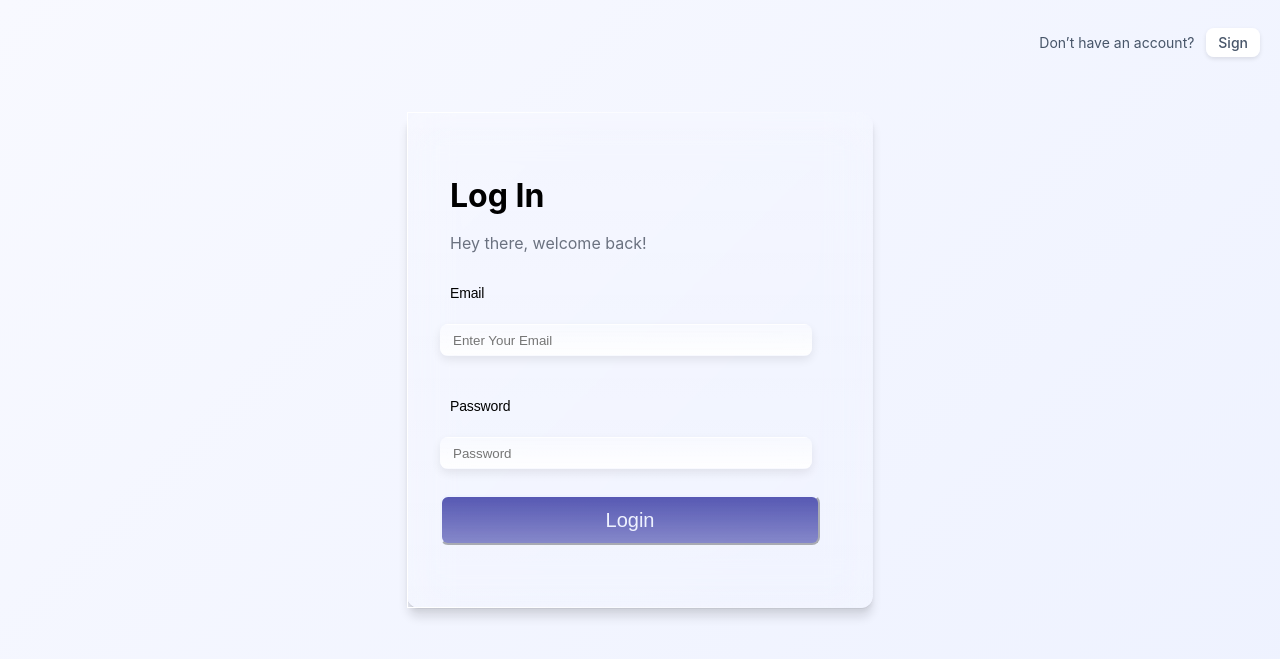
Repository: AfifaNoor/Admin_Panel-React-
Page: /
The author's editor kept a copy of each file at every save. The page is drawn from the files as they stood at one save, then again after the next save.
The browser window is 1280 px wide. The pictures show the whole page.
The project was rebuilt for these pictures with package versions that can differ from the ones it lists, and the page was loaded fresh each time. Also part of the build but not shown: src/SignUp.jsx.

Above is the page before, as saved 2025-07-10 19:03:05.

After the next save:
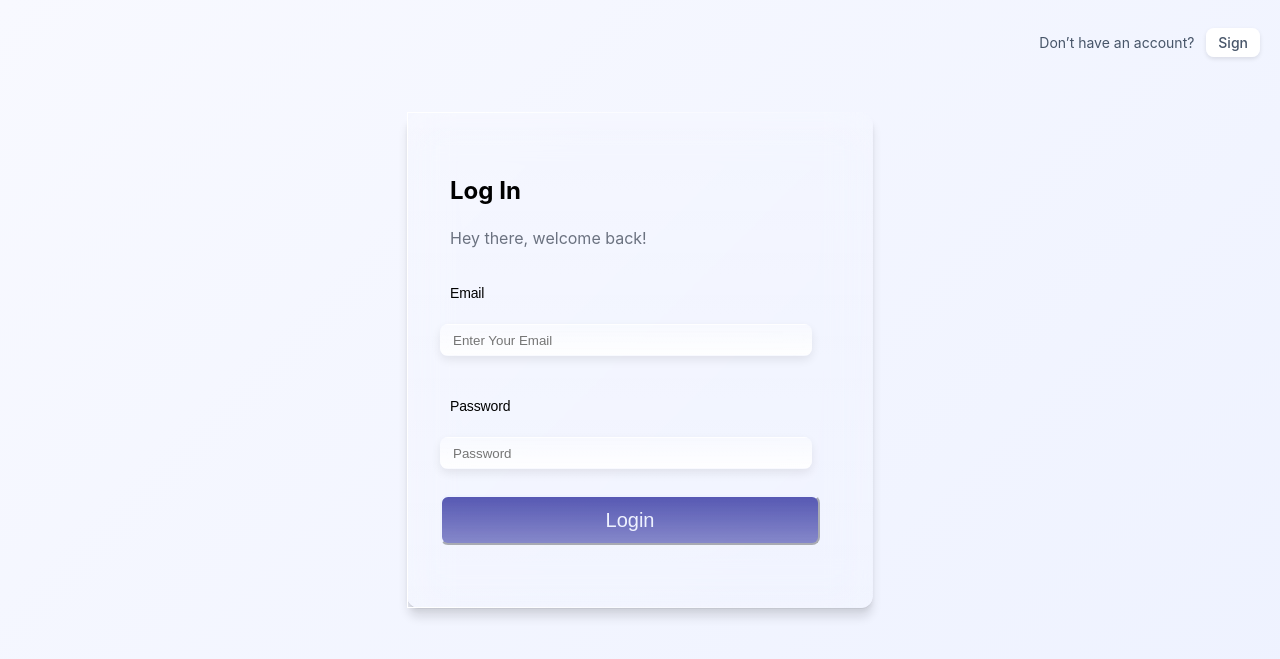
Saved 6 s later.
--- a/src/LoginPage.css
+++ b/src/LoginPage.css
@@ -93,7 +93,7 @@ height: 40px;
 font-family: 'Inter', sans-serif;
 font-weight: 600px;
 /* font-size: 22px; */
-font-size: ;
+font-size: 1.5rem;
 line-height: 40px;
 letter-spacing: -1%;
 margin-bottom: 8px;
